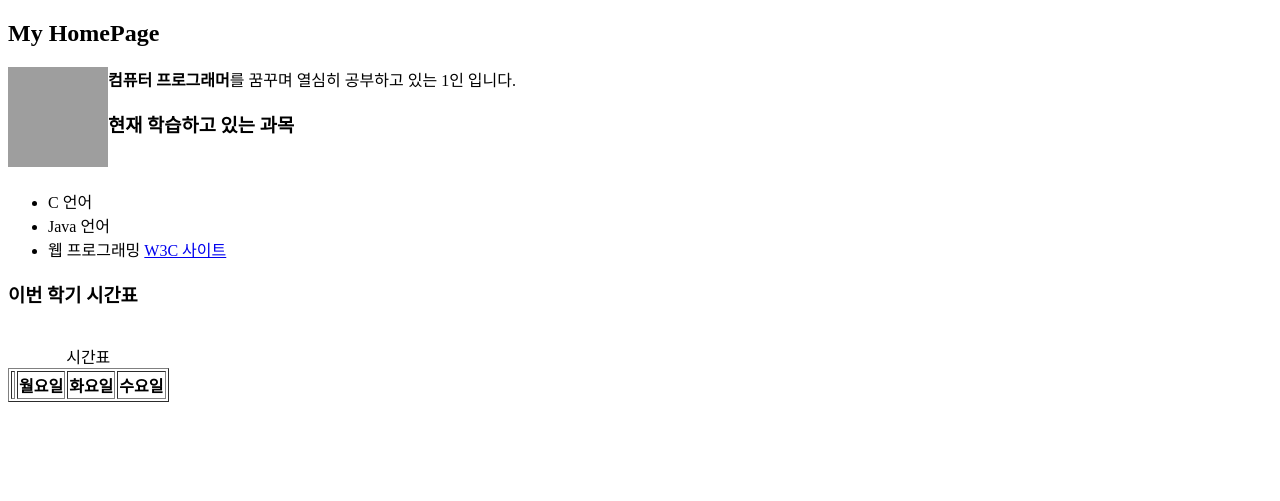
Repository: dhbaek2004/JSPex
Page: http://localhost/UX/MyHomePage.jsp
These files come from the project's save history. The page is drawn as it stood at one moment and after the next save; the edit follows.
The browser window is 1280 px wide. The pictures show the whole page.
Pictures or frames that could not be fetched are drawn as grey boxes. The page is served by Tomcat 9.

Above is the page before, as saved 2020-08-26 07:23:59.

### Infrearn/UX/UX/WebContent/MyHomePage.jsp
<%@ page language="java" contentType="text/html; charset=EUC-KR"
    pageEncoding="EUC-KR"%>
<!DOCTYPE html>
<html>
<head>
<meta charset="EUC-KR">
<title>My HomePage</title>
</head>
<body>
	<h2>My HomePage</h2>
	<p>
	<img src="americano.jpg" width="100" height="100" align="left">
	<strong>컴퓨터 프로그래머</strong>를 꿈꾸며 열심히 공부하고 있는 1인 입니다.
	</p>

	<h3>현재 학습하고 있는 과목</h3> <br>

	<ul>
		<li>C 언어</li>
		<li>Java 언어</li>
		<li>웹 프로그래밍 <a href="https://google.com/">W3C 사이트</a></li>
	</ul>

	<h3>이번 학기 시간표</h3> <br>

	<table border="1">
		<caption>시간표</caption>

		<tr>
			<th></th>
			<th>월요일</th>
			<th>화요일</th>
			<th>수요일</th>
		</tr>
	</table>
</body>
</html>

After the next save:
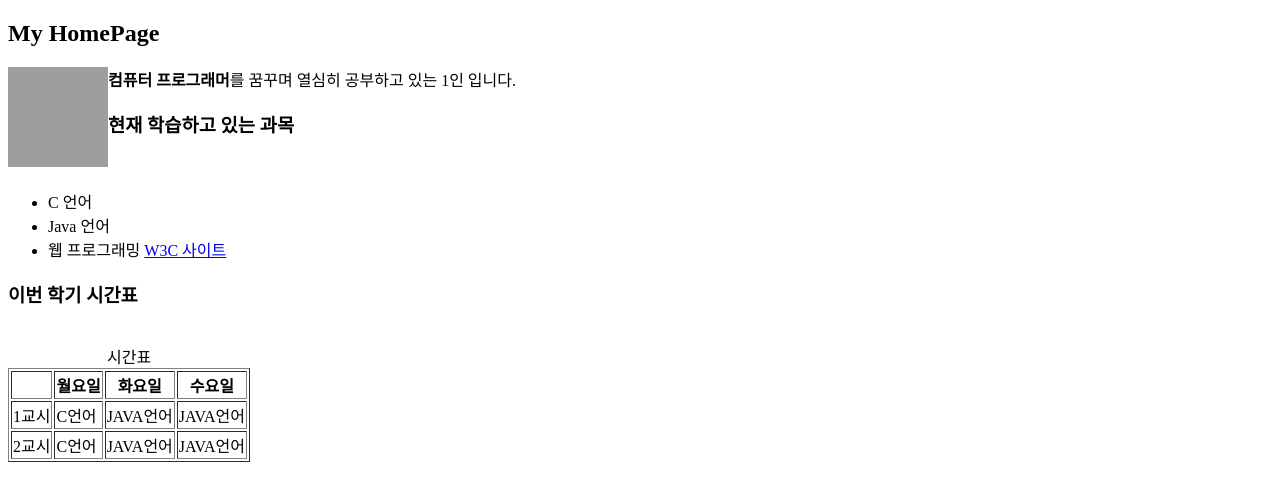
Saved 3 min 7 s later.
--- a/Infrearn/UX/UX/WebContent/MyHomePage.jsp
+++ b/Infrearn/UX/UX/WebContent/MyHomePage.jsp
@@ -32,6 +32,20 @@
 			<th>화요일</th>
 			<th>수요일</th>
 		</tr>
+
+		<tr>
+			<td>1교시</td>
+			<td>C언어</td>
+			<td>JAVA언어</td>
+			<td>JAVA언어</td>
+		</tr>
+
+		<tr>
+			<td>2교시</td>
+			<td>C언어</td>
+			<td>JAVA언어</td>
+			<td>JAVA언어</td>
+		</tr>
 	</table>
 </body>
 </html>
